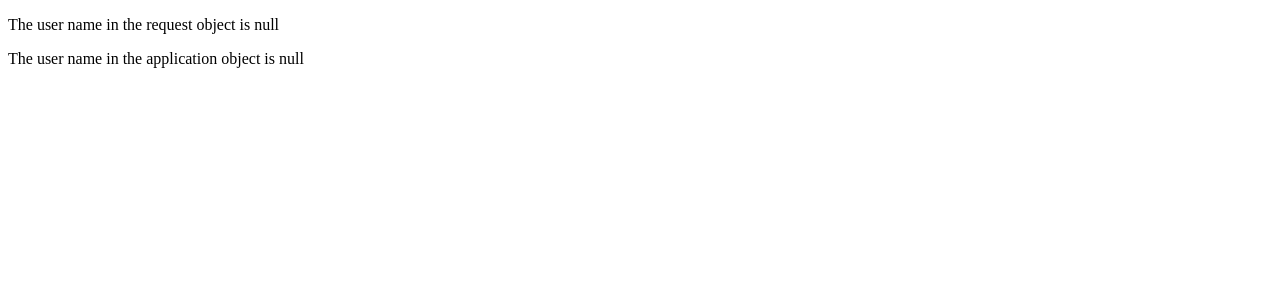
Repository: Seattle-Community-Android-Development/CodeBlog
Page: http://localhost/SimpleServletProject/object.jsp
An editor plug-in stored every save of this project. The page is shown before and after the next save, followed by the edit.
The browser window is 1280 px wide. The pictures show the whole page.
The page is served by Tomcat 9.

Above is the page before, as saved 2013-09-08 18:58:55.

After the next save:
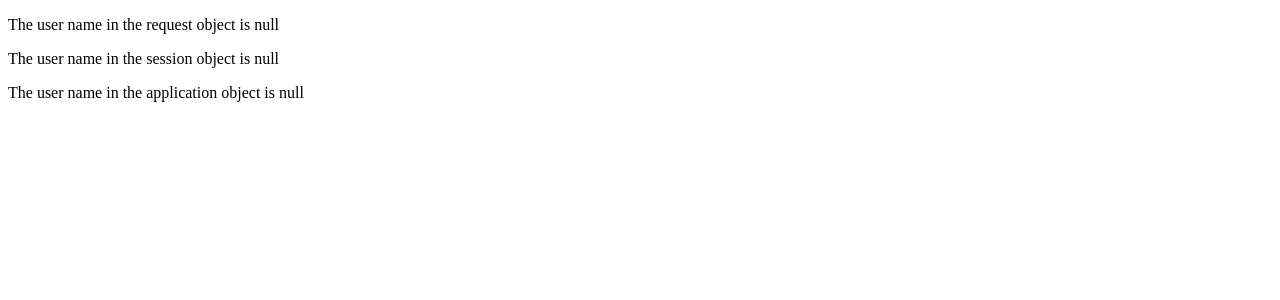
Saved 2 min 22 s later.
--- a/workspace/SimpleServletProject/WebContent/object.jsp
+++ b/workspace/SimpleServletProject/WebContent/object.jsp
@@ -10,8 +10,15 @@
 <body>
 
 	<%
-		String requestUserName = request.getParameter("userName");
-		String applicationUserName = (String) application.getAttribute("userName");
+		final String requestUserName = request.getParameter("userName");
+
+		if (requestUserName != null) {
+			session.setAttribute("userName", requestUserName);
+			application.setAttribute("userName", requestUserName);
+		}
+
+		final String sessionUserName = (String) session.getAttribute("userName");
+		final String applicationUserName = (String) application.getAttribute("userName");
 	%>
 
 	<p>
@@ -19,6 +26,9 @@
 		<%=requestUserName%>
 	</p>
 	<p>
+		The user name in the session object is
+		<%=sessionUserName %>
+	<p>
 		The user name in the application object is
 		<%=applicationUserName%>
 	</p>
